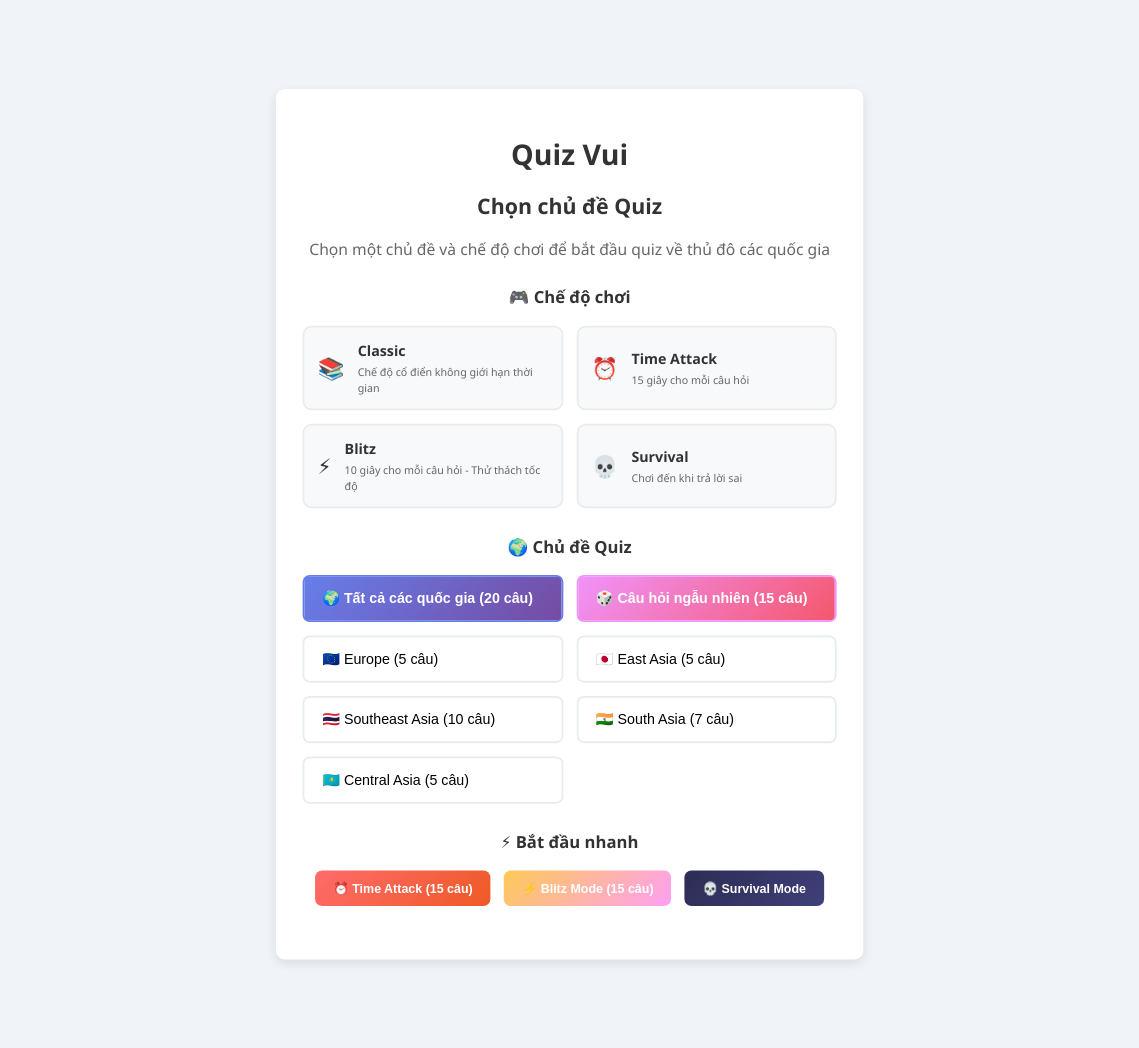
Repository: HuynhPPP/Quiz_App
Page: /
The author's editor kept a copy of each file at every save. The page is drawn from the files as they stood at one save, then again after the next save.
The browser window is 1280 px wide. The pictures show the whole page, at 89% of full size.
The project was rebuilt for these pictures with package versions that can differ from the ones it lists, and the page was loaded fresh each time. Also part of the build but not shown: vite.config.js, src/components/Resutl.jsx, src/components/Review.jsx.

Above is the page before, as saved 2025-09-26 15:45:33.

### index.html
<!doctype html>
<html lang="en">
  <head>
    <meta charset="UTF-8" />
    <link rel="icon" type="image/svg+xml" href="/vite.svg" />
    <meta name="viewport" content="width=device-width, initial-scale=1.0" />
    <title>Quiz Vui</title>
  </head>
  <body>
    <div id="root"></div>
    <script type="module" src="/src/main.jsx"></script>
  </body>
</html>

### src/App.jsx
import Quiz from "./components/Quiz"

function App() {
  return (
    <div className="container">
      <h1>Quiz Vui</h1>
      <Quiz />

    </div>
  )
}

export default App

### src/components/Quiz.jsx
import React, { useState, useEffect } from 'react'
import Resutl from './Resutl'
import Review from './Review'
import QuizSelector from './QuizSelector'
import { quizData } from '../data/quizData'

const Quiz = () => {
    const [currentQuestions, setCurrentQuestions] = useState([]);
    const [optionSelected, setOptionSelected] = useState("");
    const [userAnswer, setUserAnswer] = useState([]);
    const [currentQuestion, setCurrentQuestion] = useState(0);
    const [isQuizCompleted, setIsQuizCompleted] = useState(false);
    const [isReviewMode, setIsReviewMode] = useState(false);
    const [score, setScore] = useState(0);
    const [showSelector, setShowSelector] = useState(true);

    const handleStartQuiz = (questions) => {
        setCurrentQuestions(questions);
        setUserAnswer(Array.from({ length: questions.length }));
        setShowSelector(false);
        setCurrentQuestion(0);
        setOptionSelected("");
        setIsQuizCompleted(false);
        setIsReviewMode(false);
        setScore(0);
    };

    const handleSelectOption = (option, index) => {
        setOptionSelected(option);
        const newUserAnswer = [...userAnswer];
        newUserAnswer[currentQuestion] = index;
        setUserAnswer(newUserAnswer);
    }

    const handleNextQuestion = () => {
        if (currentQuestion === currentQuestions.length - 1) {
            setIsQuizCompleted(true);
        } else {
            setCurrentQuestion((prev) => prev + 1);
        }

    }

    const handlePreviousQuestion = () => {
        if (currentQuestion > 0) {
            setCurrentQuestion((prev) => prev - 1);
        }
    }

    const handleResetQuiz = () => {
        setShowSelector(true);
        setIsQuizCompleted(false);
        setIsReviewMode(false);
        setCurrentQuestion(0);
        setScore(0);
        setUserAnswer([]);
        setOptionSelected("");
        setCurrentQuestions([]);
    }

    const handleReviewQuiz = () => {
        setIsReviewMode(true);
        setIsQuizCompleted(false);
        setCurrentQuestion(0);
    }

    const handleBackToResult = () => {
        setIsReviewMode(false);
        setIsQuizCompleted(true);
    }

    useEffect(() => {
        if (currentQuestions.length > 0) {
            const answer = Number(userAnswer[currentQuestion]);
            const pastOptionSelected = currentQuestions[currentQuestion].options[answer];
            if (answer !== undefined) {
                setOptionSelected(pastOptionSelected);
            } else {
                setOptionSelected("");
            }
        }
    }, [currentQuestion, userAnswer, currentQuestions]);

    useEffect(() => {
        if (currentQuestions.length > 0 && optionSelected === currentQuestions[currentQuestion].answer) {
            setScore((prev) => prev + 1);
        }
    }, [optionSelected, currentQuestion, currentQuestions]);

    if (isReviewMode) {
        return <Review
            quizData={currentQuestions}
            userAnswers={userAnswer}
            handleBackToResult={handleBackToResult}
            handleRestartQuiz={handleResetQuiz}
        />
    }

    if (isQuizCompleted) {
        return <Resutl
            score={score}
            totalQuestions={currentQuestions.length}
            handleReviewQuiz={handleReviewQuiz}
            handleResetQuiz={handleResetQuiz}
        />
    }

    if (showSelector) {
        return <QuizSelector onStartQuiz={handleStartQuiz} />
    }

    if (currentQuestions.length === 0) {
        return <div>Loading...</div>
    }

    return (
        <div>
            <h2>Câu {currentQuestion + 1}</h2>
            <p className='question'>{currentQuestions[currentQuestion].question}</p>

            {currentQuestions[currentQuestion].options.map((option, index) => (
                <button
                    key={index}
                    className={`option ${optionSelected === option ? 'selected' : ''}`}
                    disabled={!!optionSelected && optionSelected !== option}
                    onClick={() => handleSelectOption(option, index)}
                >
                    {option}
                </button>
            ))}

            {
                optionSelected ? (
                    optionSelected === currentQuestions[currentQuestion].answer ? (
                        <p className='correct-answer'>Câu trả lời của bạn là chính xác</p>
                    ) : (
                        <p className='incorrect-answer'>Câu trả lời của bạn chưa chính xác</p>
                    )
                ) : ""
            }


            <div className='nav-buttons'>
                <button
                    onClick={handlePreviousQuestion}
                    disabled={currentQuestion === 0}
                >
                    Trước
                </button>
                <button
                    onClick={handleNextQuestion}
                    disabled={!optionSelected}
                >
                    {currentQuestion === currentQuestions.length - 1 ? "Hoàn thành Quiz" : "Tiếp"}
                </button>
            </div>
        </div>
    );
};

export default Quiz

### src/components/QuizSelector.jsx
import React from 'react'
import { getAllCategories, getQuestionsByCategory, getRandomQuestions } from '../data/quizData'
import { GAME_MODES } from '../hooks/useGameModes'

const QuizSelector = ({ onStartQuiz }) => {
    const categories = getAllCategories();

    const handleCategorySelect = (category, gameMode = GAME_MODES.CLASSIC) => {
        const questions = getQuestionsByCategory(category);
        onStartQuiz(questions, gameMode);
    };

    const handleRandomQuiz = (gameMode = GAME_MODES.CLASSIC) => {
        const questions = getRandomQuestions(15);
        onStartQuiz(questions, gameMode);
    };

    const handleAllQuestions = (gameMode = GAME_MODES.CLASSIC) => {
        const questions = getRandomQuestions(20);
        onStartQuiz(questions, gameMode);
    };

    return (
        <div>
            <h2>Chọn chủ đề Quiz</h2>
            <p className="quiz-description">
                Chọn một chủ đề và chế độ chơi để bắt đầu quiz về thủ đô các quốc gia
            </p>

            {/* Game Modes Section */}
            <div className="game-modes-section">
                <h3>🎮 Chế độ chơi</h3>
                <div className="game-modes">
                    {Object.values(GAME_MODES).map((mode, index) => (
                        <div key={index} className="game-mode-card">
                            <div className="mode-icon">{mode.icon}</div>
                            <div className="mode-info">
                                <h4>{mode.name}</h4>
                                <p>{mode.description}</p>
                            </div>
                        </div>
                    ))}
                </div>
            </div>

            {/* Quiz Categories Section */}
            <div className="quiz-categories-section">
                <h3>🌍 Chủ đề Quiz</h3>
                <div className="quiz-categories">
                    <button
                        className="category-button all-questions"
                        onClick={() => handleAllQuestions()}
                    >
                        🌍 Tất cả các quốc gia (20 câu)
                    </button>

                    <button
                        className="category-button random"
                        onClick={() => handleRandomQuiz()}
                    >
                        🎲 Câu hỏi ngẫu nhiên (15 câu)
                    </button>

                    {categories.map((category, index) => {
                        const questionCount = getQuestionsByCategory(category).length;
                        const categoryEmojis = {
                            'Europe': '🇪🇺',
                            'East Asia': '🇯🇵',
                            'Southeast Asia': '🇹🇭',
                            'South Asia': '🇮🇳',
                            'Central Asia': '🇰🇿'
                        };

                        return (
                            <button
                                key={index}
                                className="category-button"
                                onClick={() => handleCategorySelect(category)}
                            >
                                {categoryEmojis[category] || '🌏'} {category} ({questionCount} câu)
                            </button>
                        );
                    })}
                </div>
            </div>

            {/* Game Mode Quick Start */}
            <div className="quick-start-section">
                <h3>⚡ Bắt đầu nhanh</h3>
                <div className="quick-start-buttons">
                    <button
                        className="quick-start-btn time-attack"
                        onClick={() => handleRandomQuiz(GAME_MODES.TIME_ATTACK)}
                    >
                        ⏰ Time Attack (15 câu)
                    </button>
                    <button
                        className="quick-start-btn blitz"
                        onClick={() => handleRandomQuiz(GAME_MODES.BLITZ)}
                    >
                        ⚡ Blitz Mode (15 câu)
                    </button>
                    <button
                        className="quick-start-btn survival"
                        onClick={() => handleRandomQuiz(GAME_MODES.SURVIVAL)}
                    >
                        💀 Survival Mode
                    </button>
                </div>
            </div>
        </div>
    );
};

export default QuizSelector;

Loaded but not shown: src/main.jsx (common file); src/data/quizData.js (221 lines, source omitted); src/hooks/useGameModes.js (111 lines, source omitted); src/index.css (610 lines, source omitted)

After the next save:
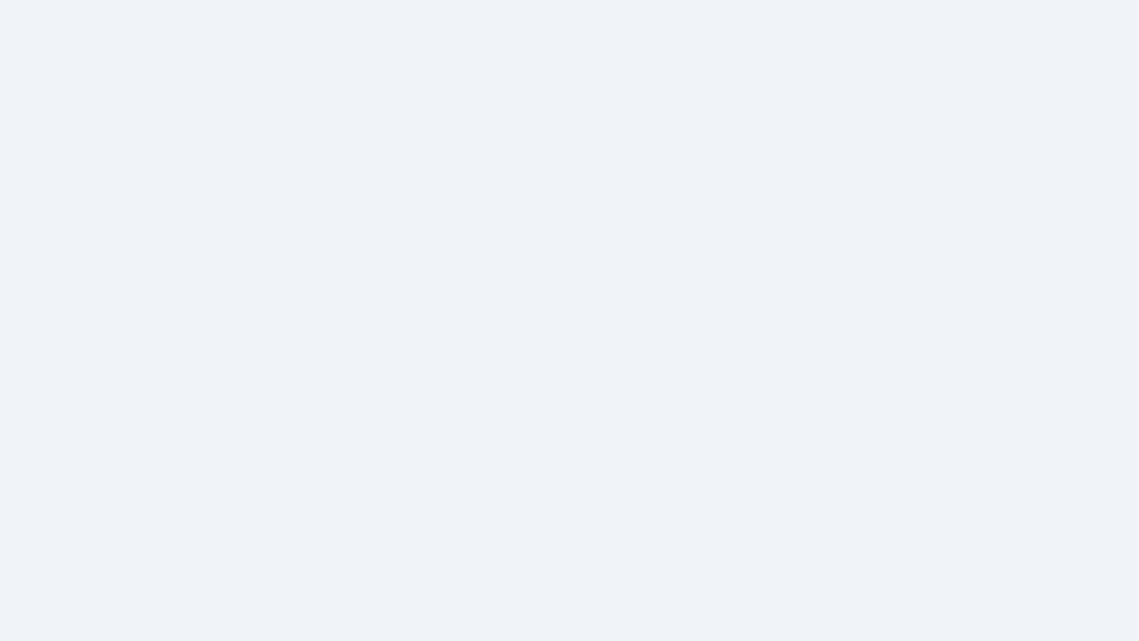
Console error: ReferenceError: GAME_MODES is not defined
Saved 8 s later.
--- a/src/components/QuizSelector.jsx
+++ b/src/components/QuizSelector.jsx
@@ -1,23 +1,22 @@
 import React from 'react'
 import { getAllCategories, getQuestionsByCategory, getRandomQuestions } from '../data/quizData'
-import { GAME_MODES } from '../hooks/useGameModes'
 
 const QuizSelector = ({ onStartQuiz }) => {
     const categories = getAllCategories();
 
-    const handleCategorySelect = (category, gameMode = GAME_MODES.CLASSIC) => {
+    const handleCategorySelect = (category) => {
         const questions = getQuestionsByCategory(category);
-        onStartQuiz(questions, gameMode);
+        onStartQuiz(questions);
     };
 
-    const handleRandomQuiz = (gameMode = GAME_MODES.CLASSIC) => {
+    const handleRandomQuiz = () => {
         const questions = getRandomQuestions(15);
-        onStartQuiz(questions, gameMode);
+        onStartQuiz(questions);
     };
 
-    const handleAllQuestions = (gameMode = GAME_MODES.CLASSIC) => {
+    const handleAllQuestions = () => {
         const questions = getRandomQuestions(20);
-        onStartQuiz(questions, gameMode);
+        onStartQuiz(questions);
     };
 
     return (

After the save that followed:
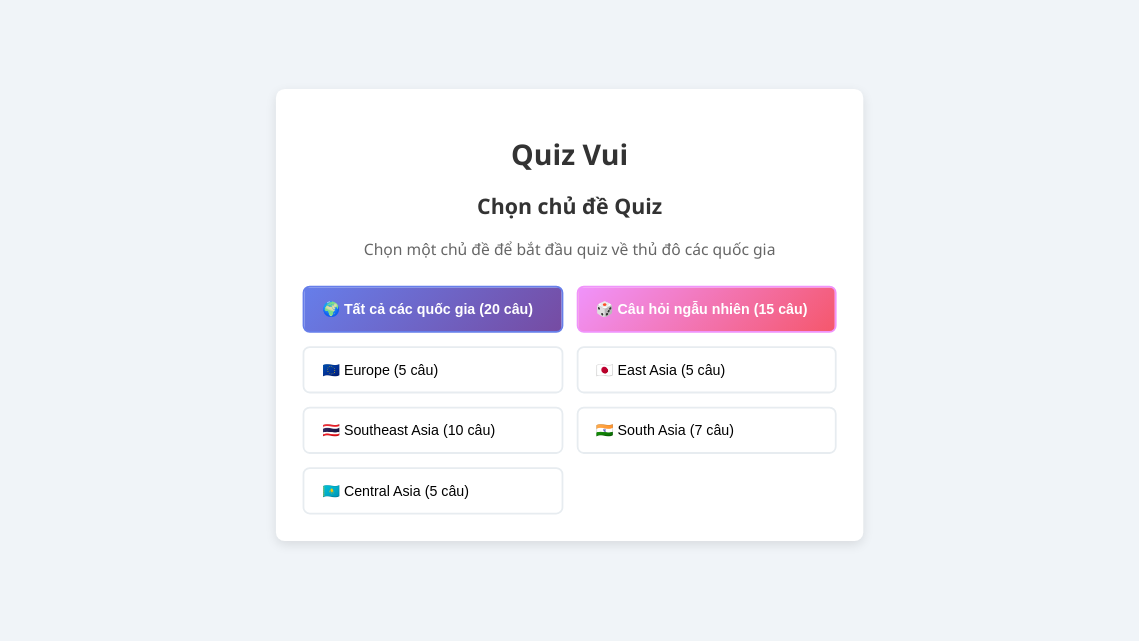
The error is gone.
Saved 26 s later.
--- a/src/components/QuizSelector.jsx
+++ b/src/components/QuizSelector.jsx
@@ -23,89 +23,44 @@
         <div>
             <h2>Chọn chủ đề Quiz</h2>
             <p className="quiz-description">
-                Chọn một chủ đề và chế độ chơi để bắt đầu quiz về thủ đô các quốc gia
+                Chọn một chủ đề để bắt đầu quiz về thủ đô các quốc gia
             </p>
 
-            {/* Game Modes Section */}
-            <div className="game-modes-section">
-                <h3>🎮 Chế độ chơi</h3>
-                <div className="game-modes">
-                    {Object.values(GAME_MODES).map((mode, index) => (
-                        <div key={index} className="game-mode-card">
-                            <div className="mode-icon">{mode.icon}</div>
-                            <div className="mode-info">
-                                <h4>{mode.name}</h4>
-                                <p>{mode.description}</p>
-                            </div>
-                        </div>
-                    ))}
-                </div>
-            </div>
+            <div className="quiz-categories">
+                <button
+                    className="category-button all-questions"
+                    onClick={handleAllQuestions}
+                >
+                    🌍 Tất cả các quốc gia (20 câu)
+                </button>
 
-            {/* Quiz Categories Section */}
-            <div className="quiz-categories-section">
-                <h3>🌍 Chủ đề Quiz</h3>
-                <div className="quiz-categories">
-                    <button
-                        className="category-button all-questions"
-                        onClick={() => handleAllQuestions()}
-                    >
-                        🌍 Tất cả các quốc gia (20 câu)
-                    </button>
+                <button
+                    className="category-button random"
+                    onClick={handleRandomQuiz}
+                >
+                    🎲 Câu hỏi ngẫu nhiên (15 câu)
+                </button>
 
-                    <button
-                        className="category-button random"
-                        onClick={() => handleRandomQuiz()}
-                    >
-                        🎲 Câu hỏi ngẫu nhiên (15 câu)
-                    </button>
+                {categories.map((category, index) => {
+                    const questionCount = getQuestionsByCategory(category).length;
+                    const categoryEmojis = {
+                        'Europe': '🇪🇺',
+                        'East Asia': '🇯🇵',
+                        'Southeast Asia': '🇹🇭',
+                        'South Asia': '🇮🇳',
+                        'Central Asia': '🇰🇿'
+                    };
 
-                    {categories.map((category, index) => {
-                        const questionCount = getQuestionsByCategory(category).length;
-                        const categoryEmojis = {
-                            'Europe': '🇪🇺',
-                            'East Asia': '🇯🇵',
-                            'Southeast Asia': '🇹🇭',
-                            'South Asia': '🇮🇳',
-                            'Central Asia': '🇰🇿'
-                        };
-
-                        return (
-                            <button
-                                key={index}
-                                className="category-button"
-                                onClick={() => handleCategorySelect(category)}
-                            >
-                                {categoryEmojis[category] || '🌏'} {category} ({questionCount} câu)
-                            </button>
-                        );
-                    })}
-                </div>
-            </div>
-
-            {/* Game Mode Quick Start */}
-            <div className="quick-start-section">
-                <h3>⚡ Bắt đầu nhanh</h3>
-                <div className="quick-start-buttons">
-                    <button
-                        className="quick-start-btn time-attack"
-                        onClick={() => handleRandomQuiz(GAME_MODES.TIME_ATTACK)}
-                    >
-                        ⏰ Time Attack (15 câu)
-                    </button>
-                    <button
-                        className="quick-start-btn blitz"
-                        onClick={() => handleRandomQuiz(GAME_MODES.BLITZ)}
-                    >
-                        ⚡ Blitz Mode (15 câu)
-                    </button>
-                    <button
-                        className="quick-start-btn survival"
-                        onClick={() => handleRandomQuiz(GAME_MODES.SURVIVAL)}
-                    >
-                        💀 Survival Mode
-                    </button>
-                </div>
+                    return (
+                        <button
+                            key={index}
+                            className="category-button"
+                            onClick={() => handleCategorySelect(category)}
+                        >
+                            {categoryEmojis[category] || '🌏'} {category} ({questionCount} câu)
+                        </button>
+                    );
+                })}
             </div>
         </div>
     );
